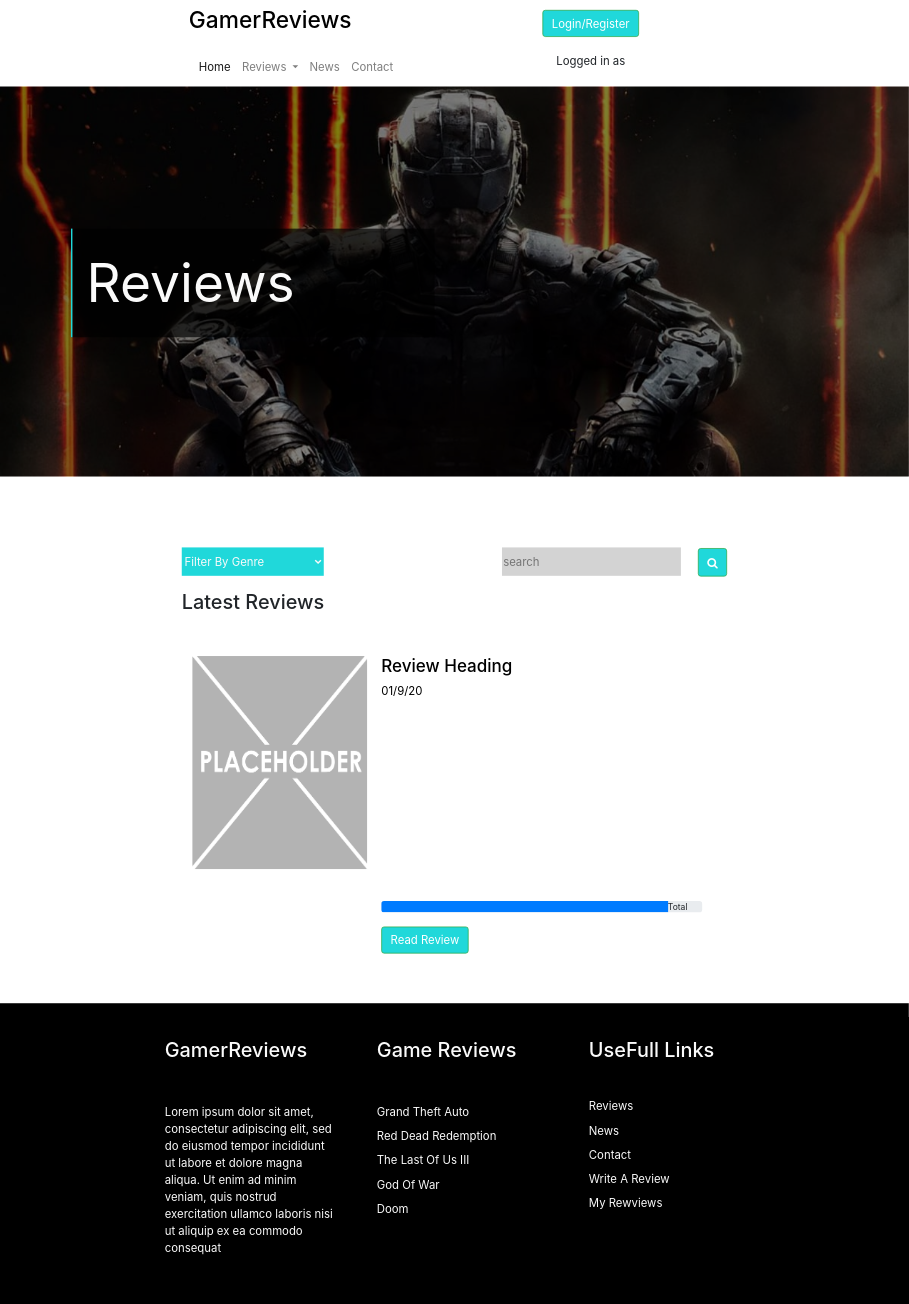
Repository: Code-Institute-Submissions/gamer-reviews
Page: http://localhost/reviews
The author's editor kept a record of every edit. The page is drawn from the files as they stood at one moment, then again after the next edit.
The browser window is 1280 px wide. The pictures show the whole page, at 71% of full size.
The page is served by the project's application, run on Flask 3 (app.py). Queries for data that is not in the repository find no rows.

Above is the page before.

After the next edit:
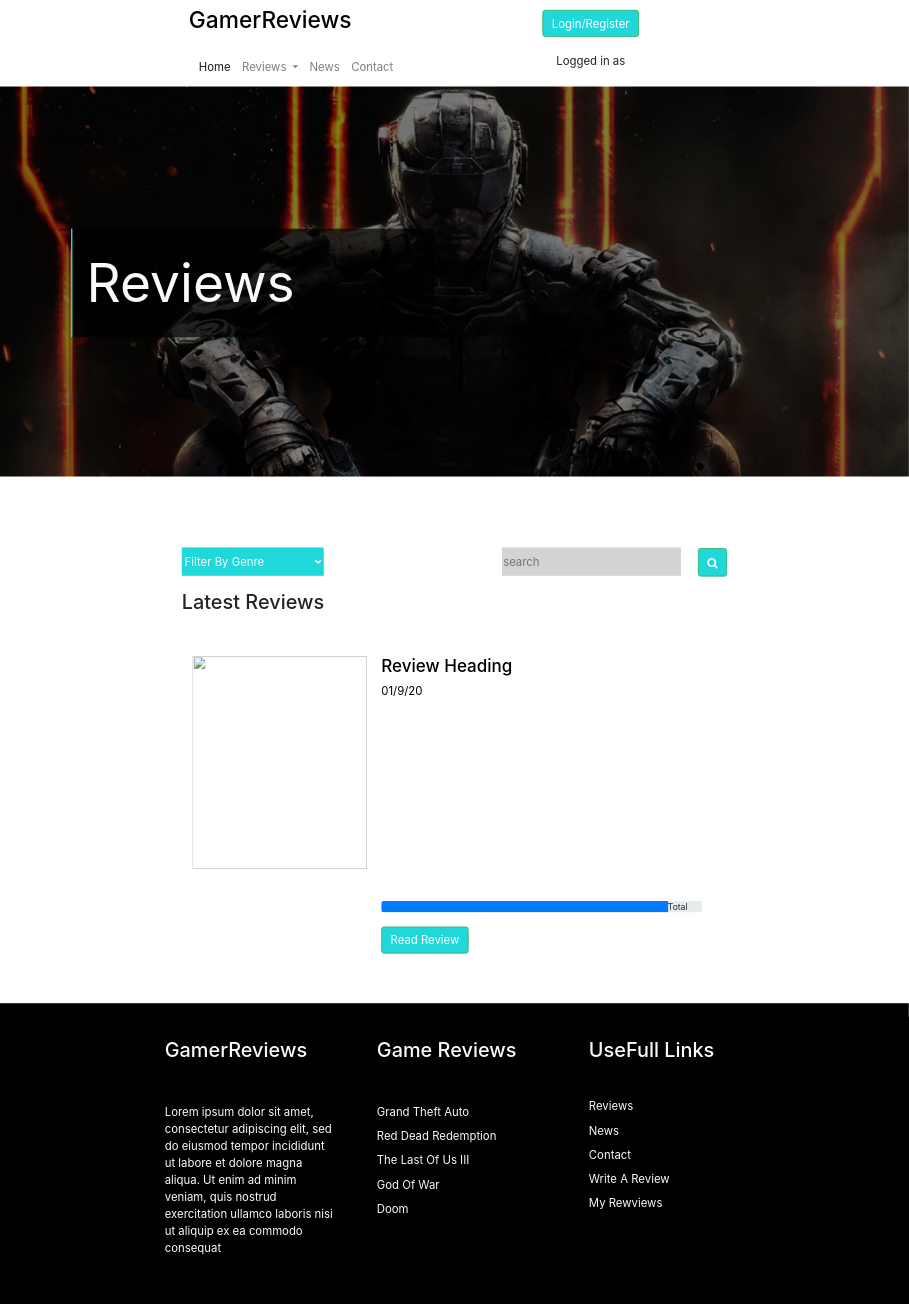
The edit:
--- a/templates/reviews.html
+++ b/templates/reviews.html
@@ -42,7 +42,7 @@
     </div>
     <div class="row review-area container">
         <div class="col-4">
-            <img src="static/images/placeholder.png" class="review-img">
+            <img src="" class="review-img">
         </div>
         <div class="col-8">
             <h4 class="review-heading">Review Heading</h4>
